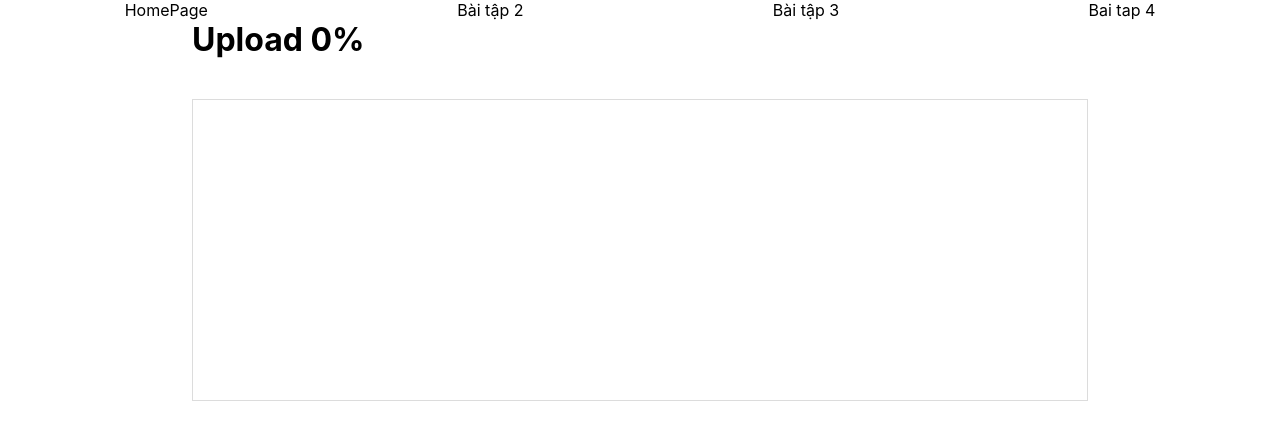
Repository: tungdau93/Training-ReactJS
Page: /bai-tap-3
These files come from the project's save history. The page is drawn as it stood at one moment and after the next save; the edit follows.
The browser window is 1280 px wide. The pictures show the whole page.
The project was rebuilt for these pictures with package versions that can differ from the ones it lists, and the page was loaded fresh each time. Also part of the build but not shown: src/App.css, src/hooks/useClickOutside.js, src/Assignments/BaiTap2.jsx, src/Assignments/HomePage.jsx.

Above is the page before, as saved 2022-10-03 10:40:22.

After the next save:
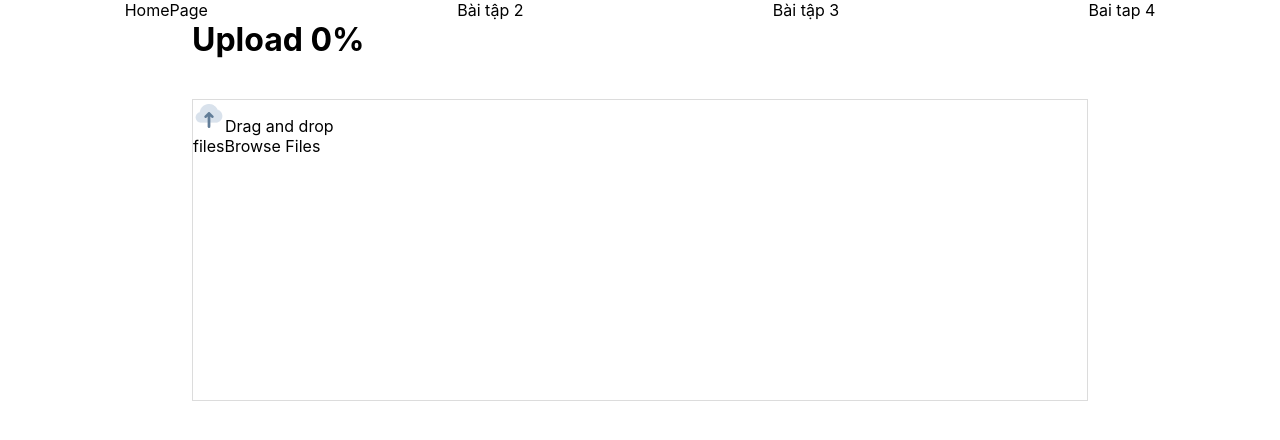
Saved 17 s later.
--- a/src/Assignments/BaiTap3.jsx
+++ b/src/Assignments/BaiTap3.jsx
@@ -104,11 +104,11 @@ const BaiTap3 = () => {
       /> */}
 
       <div className="drag-drop-files">
-        {/* <div className="drag-drop">
+        <div className="drag-drop">
           <img alt="" src={require("../assets/images/upload-icon.png")} />
           <span>Drag and drop files</span>
           <span>Browse Files</span>
-        </div> */}
+        </div>
 
         <input
           id="name"
